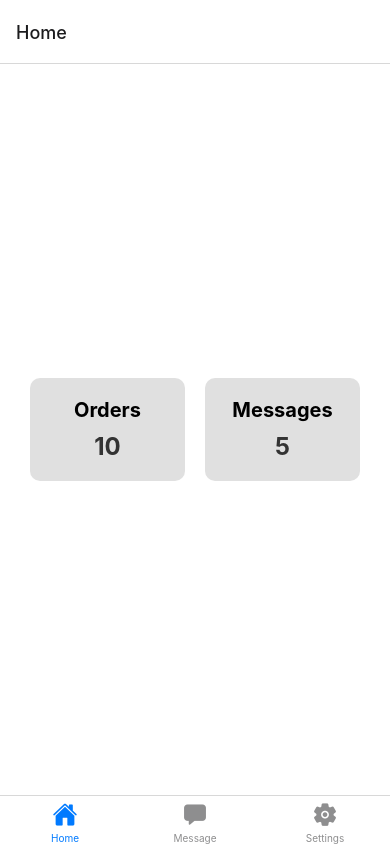
Repository: Waikato153/AwesomeProject
Screen: /
An editor plug-in stored every save of this project. The screen is shown before and after the next save, followed by the edit.
The app was drawn by React Native's web renderer in a window 390 px wide. The project was rebuilt for these pictures with package versions that can differ from the ones it lists, and the page was loaded fresh each time.

Above is the screen before, as saved 2024-02-28 16:26:06.

### App.js
import * as React from 'react';
import { Text, View, StyleSheet} from 'react-native';
import { NavigationContainer } from '@react-navigation/native';
import { createBottomTabNavigator } from '@react-navigation/bottom-tabs';
import Ionicons from 'react-native-vector-icons/Ionicons';

import HomeScreen from './screens/HomeScreen';

function SettingsScreen() {
  return (
    <View style={{ flex: 1, justifyContent: 'center', alignItems: 'center' }}>
      <Text>Settings!</Text>
    </View>
  );
}


const styles = StyleSheet.create({
  container: {
    flex: 1,
    justifyContent: 'center',
    backgroundColor: 'white',
    alignItems: 'center',
    padding: 8,
  },
  paragraph: {
    margin: 24,
    fontSize: 18,
    fontWeight: 'bold',
    textAlign: 'center',
  },
});

const Tab = createBottomTabNavigator();

function MyTabs() {
  return (

    <Tab.Navigator

    >
      <Tab.Screen
        name="Home"
        component={HomeScreen}
        options={{
          tabBarIcon: ({ color, size }) => (
            <Ionicons name="home" color={color} size={size} />
          ),
        }}
      />
      <Tab.Screen
        name="Message"
        component={SettingsScreen}
        options={{
          tabBarIcon: ({ color, size }) => (
            <Ionicons name="chatbox" color={color} size={size} />
          ),
        }}
      />
      <Tab.Screen
        name="Settings"
        component={SettingsScreen}
        options={{
          tabBarIcon: ({ color, size }) => (
            <Ionicons name="settings" color={color} size={size} />
          ),
        }}
      />
    </Tab.Navigator>


  );
}

export default function App() {
  return (
    <NavigationContainer>
      <MyTabs />
    </NavigationContainer>
  );
}

### screens/HomeScreen.js
import React from 'react';
import { View, Text, StyleSheet } from 'react-native';

const HomeScreen = () => {
  return (
    <View style={styles.container}>
      <View style={styles.block}>
        <Text style={styles.title}>Orders</Text>
        <Text style={styles.count}>10</Text>
      </View>
      <View style={styles.block}>
        <Text style={styles.title}>Messages</Text>
        <Text style={styles.count}>5</Text>
      </View>
    </View>
  );
};



const styles = StyleSheet.create({
  container: {
    flex: 1,
    flexDirection: 'row',
    justifyContent: 'space-around',
    alignItems: 'center',
    backgroundColor: '#ffffff',
    padding: 20,
  },
  block: {
    flex: 1,
    justifyContent: 'center',
    alignItems: 'center',
    backgroundColor: '#e0e0e0',
    borderRadius: 10,
    padding: 20,
    margin: 10,
  },
  title: {
    fontSize: 20,
    fontWeight: 'bold',
    marginBottom: 10,
  },
  count: {
    fontSize: 24,
    fontWeight: 'bold',
    color: '#333333',
  },
});



export default HomeScreen;

After the next save:
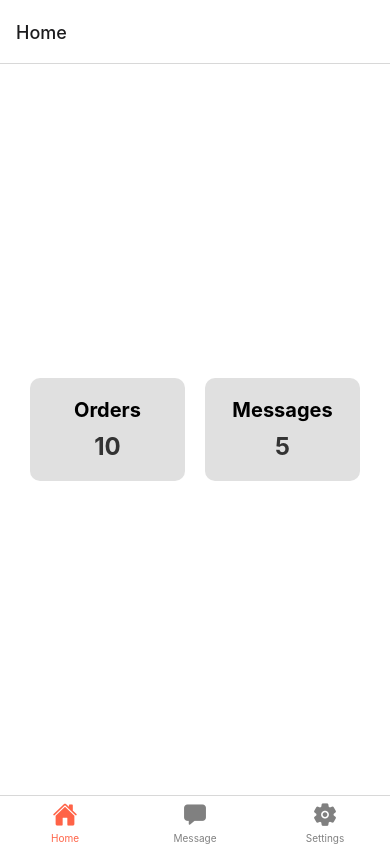
Saved 17 s later.
--- a/App.js
+++ b/App.js
@@ -37,7 +37,24 @@ function MyTabs() {
   return (
 
     <Tab.Navigator
+    screenOptions={({ route }) => ({
+      tabBarIcon: ({ focused, color, size }) => {
+        let iconName;
 
+        if (route.name === 'Home') {
+          iconName = focused
+            ? 'ios-information-circle'
+            : 'ios-information-circle-outline';
+        } else if (route.name === 'Settings') {
+          iconName = focused ? 'ios-list' : 'ios-list-outline';
+        }
+
+        // You can return any component that you like here!
+        return <Ionicons name={iconName} size={size} color={color} />;
+      },
+      tabBarActiveTintColor: 'tomato',
+      tabBarInactiveTintColor: 'gray',
+    })}
     >
       <Tab.Screen
         name="Home"
